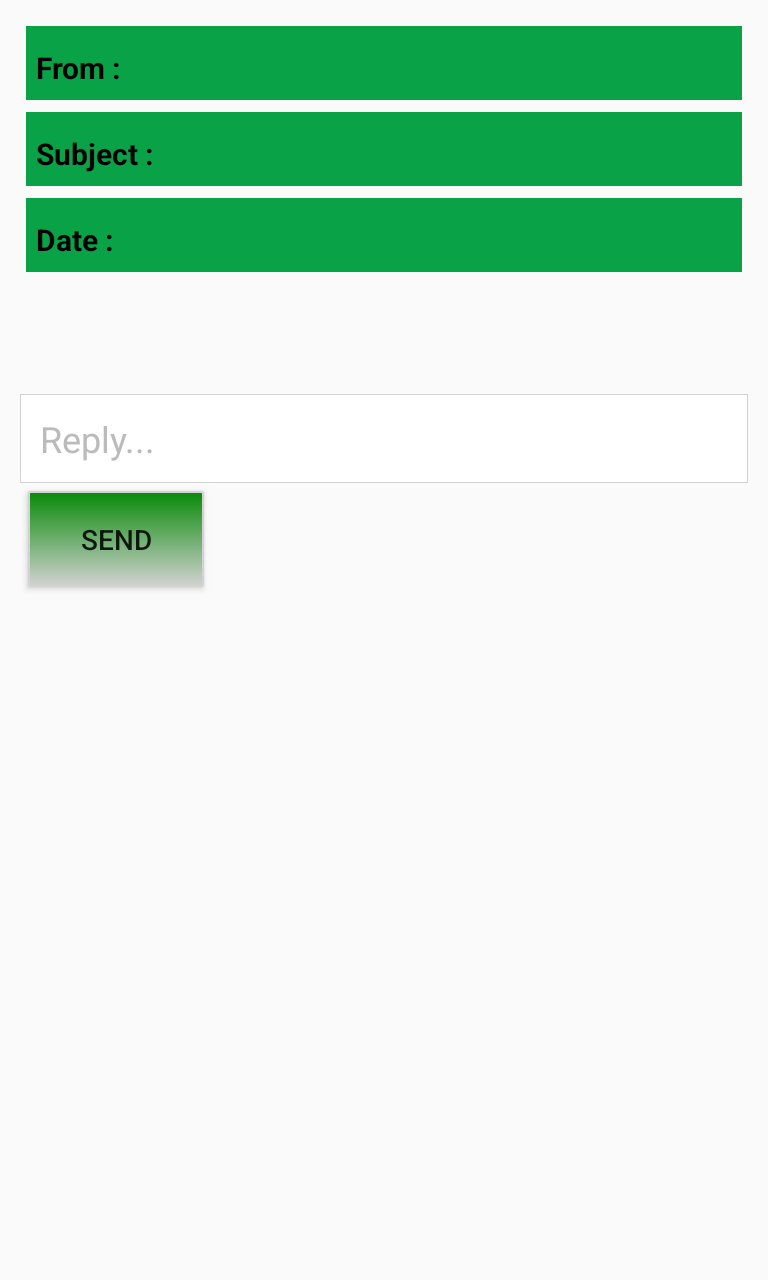
Repository: iguardian2015/iguardian-litchi
Layout: iguardian/res/layout/custom_inbox_view.xml
The author's editor kept a copy of each file at every save. The layout is drawn from the files as they stood at one save, then again after the next save.
It is drawn on a 768 x 1280 px phone screen (xhdpi) without system bars, with theme AppTheme; the app's code is not run.

Above is the layout before, as saved 2015-01-12 08:35:57.

### iguardian/res/layout/custom_inbox_view.xml
<?xml version="1.0" encoding="utf-8"?>
<ScrollView xmlns:android="http://schemas.android.com/apk/res/android"
    android:layout_width="fill_parent"
    android:layout_height="fill_parent" >

    <LinearLayout
        android:layout_width="fill_parent"
        android:layout_height="fill_parent"
        android:padding="10dp"
        android:orientation="vertical" >

        <LinearLayout
            android:layout_width="match_parent"
            android:layout_height="wrap_content"
            android:layout_margin="3dp"
            android:background="#0AA247"
            android:orientation="horizontal" >

            <TextView
                android:id="@+id/from"
                android:layout_width="wrap_content"
                android:layout_height="wrap_content"
                android:padding="5dp"
                android:text="From :"
                android:textAppearance="?android:attr/textAppearanceLarge"
                android:textColor="#000000"
                android:textSize="15dp"
                android:textStyle="bold" />

            <TextView
                android:id="@+id/name"
                android:layout_width="wrap_content"
                android:layout_height="wrap_content"
                android:padding="5dp"
                android:textAppearance="?android:attr/textAppearanceLarge"
                android:textColor="#000000"
                android:textSize="20dp"
                android:textStyle="italic" />
        </LinearLayout>

        <LinearLayout
            android:layout_width="match_parent"
            android:layout_height="wrap_content"
            android:layout_margin="3dp"
            android:background="#0AA247"
            android:orientation="horizontal" >

            <TextView
                android:id="@+id/subject"
                android:layout_width="wrap_content"
                android:layout_height="wrap_content"
                android:padding="5dp"
                android:text="Subject :"
                android:textAppearance="?android:attr/textAppearanceLarge"
                android:textColor="#000000"
                android:textSize="15dp"
                android:textStyle="bold" />

            <TextView
                android:id="@+id/message_subject"
                android:layout_width="wrap_content"
                android:layout_height="wrap_content"
                android:padding="5dp"
                android:textAppearance="?android:attr/textAppearanceLarge"
                android:textColor="#000000"
                android:textSize="20dp"
                android:textStyle="italic" />
        </LinearLayout>

        <LinearLayout
            android:layout_width="match_parent"
            android:layout_height="wrap_content"
            android:layout_margin="3dp"
            android:background="#0AA247"
            android:orientation="horizontal" >

            <TextView
                android:id="@+id/dates"
                android:layout_width="wrap_content"
                android:layout_height="wrap_content"
                android:padding="5dp"
                android:text="Date :"
                android:textAppearance="?android:attr/textAppearanceLarge"
                android:textColor="#000000"
                android:textSize="15dp"
                android:textStyle="bold" />

            <TextView
                android:id="@+id/date"
                android:layout_width="wrap_content"
                android:layout_height="wrap_content"
                android:padding="5dp"
                android:textAppearance="?android:attr/textAppearanceLarge"
                android:textColor="#000000"
                android:textSize="20dp"
                android:textStyle="italic" />
        </LinearLayout>



            <TextView
                android:id="@+id/mes"
                android:layout_width="wrap_content"
                android:layout_height="wrap_content"
                android:layout_margin="8dp"
                android:padding="5dp"
                android:paddingTop="10dp"
                android:textAppearance="?android:attr/textAppearanceLarge"
                android:textColor="#525250"
                android:textSize="20dp"
                android:textStyle="italic" />


        <!-- <LinearLayout
            android:layout_width="match_parent"
            android:layout_height="wrap_content"
            android:layout_margin="3dp"
            android:orientation="horizontal" > -->

            <!-- <EditText
                android:id="@+id/reply_message"
                android:layout_width="wrap_content"
                android:layout_height="wrap_content"
                android:layout_margin="8dp"
                android:hint="Write message..."
                android:inputType="textMultiLine"
                android:padding="15dp" />
 -->
           <!--  <Button
                android:id="@+id/send_message"
                android:layout_width="wrap_content"
                android:layout_height="wrap_content"
                android:layout_margin="8dp"
                android:text="Send" /> -->

            <EditText
            android:id="@+id/reply_message"
            android:layout_width="match_parent"
            android:layout_height="match_parent"
            android:layout_marginTop="5dp"
            android:background="@drawable/edittext_default_bg"
            android:hint="Reply..."
            android:inputType="textMultiLine"
            android:padding="10dp"
            android:textColorHint="#bbbbbb" />

        <Button
            android:id="@+id/send_message"
            android:layout_width="wrap_content"
            android:layout_height="match_parent"
            android:layout_margin="4dp"
            android:background="@drawable/button_default_bg"
            android:padding="10dp"
            android:text="Send" />


    </LinearLayout>

</ScrollView>

### iguardian/res/values/styles.xml
<resources>

    <!--
        Base application theme, dependent on API level. This theme is replaced
        by AppBaseTheme from res/values-vXX/styles.xml on newer devices.
    -->
    <style name="AppBaseTheme" parent="Theme.AppCompat.Light">
        <!--
            Theme customizations available in newer API levels can go in
            res/values-vXX/styles.xml, while customizations related to
            backward-compatibility can go here.
        -->
    </style>

    <!-- Application theme. -->
    <style name="AppTheme" parent="AppBaseTheme">
        <!-- All customizations that are NOT specific to a particular API-level can go here. -->
    </style>

    <style name="DefaultButtonText">
       <item name="android:layout_width">fill_parent</item>
        <item name="android:layout_height">wrap_content</item>
        <item name="android:textColor">#FFFFFF</item>
        <item name="android:gravity">center</item>
        <item name="android:layout_margin">3dp</item>
        <item name="android:textStyle">normal</item>
        <item name="android:textSize">20sp</item>
        <item name="android:shadowColor">#f9f9f9</item>
        <item name="android:shadowDx">1</item>
        <item name="android:shadowDy">1</item>
        <item name="android:shadowRadius">1</item>
    </style>

    <style name="btnStyleBeige" parent="@android:style/Widget.Button">
       <item name="android:textSize">15sp</item>
       <item name="android:textStyle">bold</item>
       <item name="android:textColor">#5d6153</item>
       <item name="android:gravity">center</item>
       <item name="android:shadowColor">#000000</item>
       <item name="android:shadowDx">1</item>
       <item name="android:shadowDy">1</item>
       <item name="android:shadowRadius">0.6</item>
       <item name="android:background">@drawable/custom_button</item>
       <item name="android:padding">10dip</item>
   </style>

</resources>

### iguardian/res/drawable-hdpi/edittext_default_bg.xml
<?xml version="1.0" encoding="utf-8"?>
<shape xmlns:android="http://schemas.android.com/apk/res/android"
    android:shape="rectangle" android:padding="5dp">
     <solid android:color="#FFFFFF"/>
     <stroke
        android:width="0.5dp"
        android:color="#d2d2d2" />
</shape>

### iguardian/res/drawable-hdpi/button_default_bg.xml
<?xml version="1.0" encoding="utf-8"?>
<selector xmlns:android="http://schemas.android.com/apk/res/android">
    <item  android:state_pressed="true" >
        <shape>
            <solid
                android:color="#f8f9fa" />
            <stroke
                android:width="1dp"
                android:color="#8CDA2C" />
            <corners
                android:radius="1dp" />

        </shape>
    </item>
    <item>
        <shape>
            <gradient
                android:startColor="#088A08"
                android:endColor="#d2d2d2"
                android:angle="270" />
            <stroke
                android:width="1dp"
                android:color="#d2d2d2" />
            <corners
                android:radius="1dp" />

        </shape>
    </item>
</selector>

Loaded but not shown: iguardian/res/values-v11/styles.xml (common file); iguardian/res/values-v14/styles.xml (common file)

After the next save:
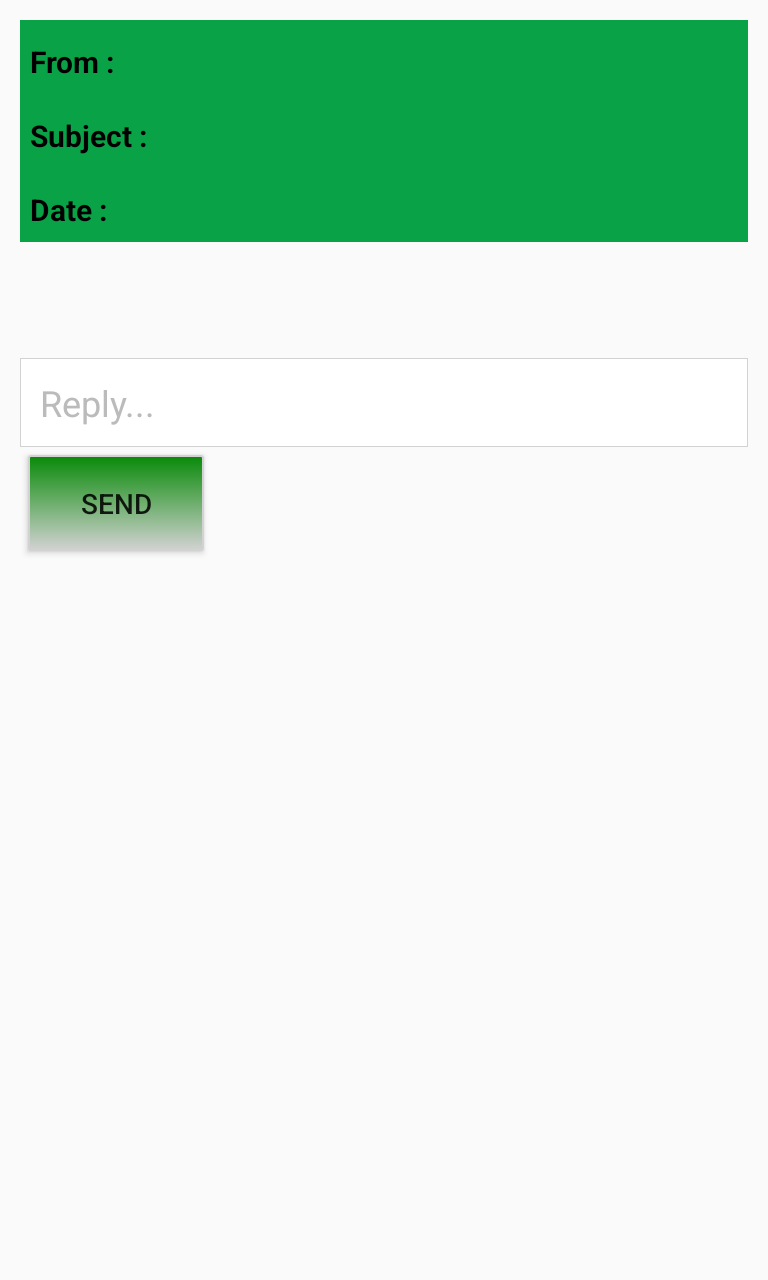
Saved 67 s later.
--- a/iguardian/res/layout/custom_inbox_view.xml
+++ b/iguardian/res/layout/custom_inbox_view.xml
@@ -12,7 +12,7 @@
         <LinearLayout
             android:layout_width="match_parent"
             android:layout_height="wrap_content"
-            android:layout_margin="3dp"
+
             android:background="#0AA247"
             android:orientation="horizontal" >
 
@@ -41,7 +41,7 @@
         <LinearLayout
             android:layout_width="match_parent"
             android:layout_height="wrap_content"
-            android:layout_margin="3dp"
+
             android:background="#0AA247"
             android:orientation="horizontal" >
 
@@ -70,7 +70,7 @@
         <LinearLayout
             android:layout_width="match_parent"
             android:layout_height="wrap_content"
-            android:layout_margin="3dp"
+
             android:background="#0AA247"
             android:orientation="horizontal" >
 
